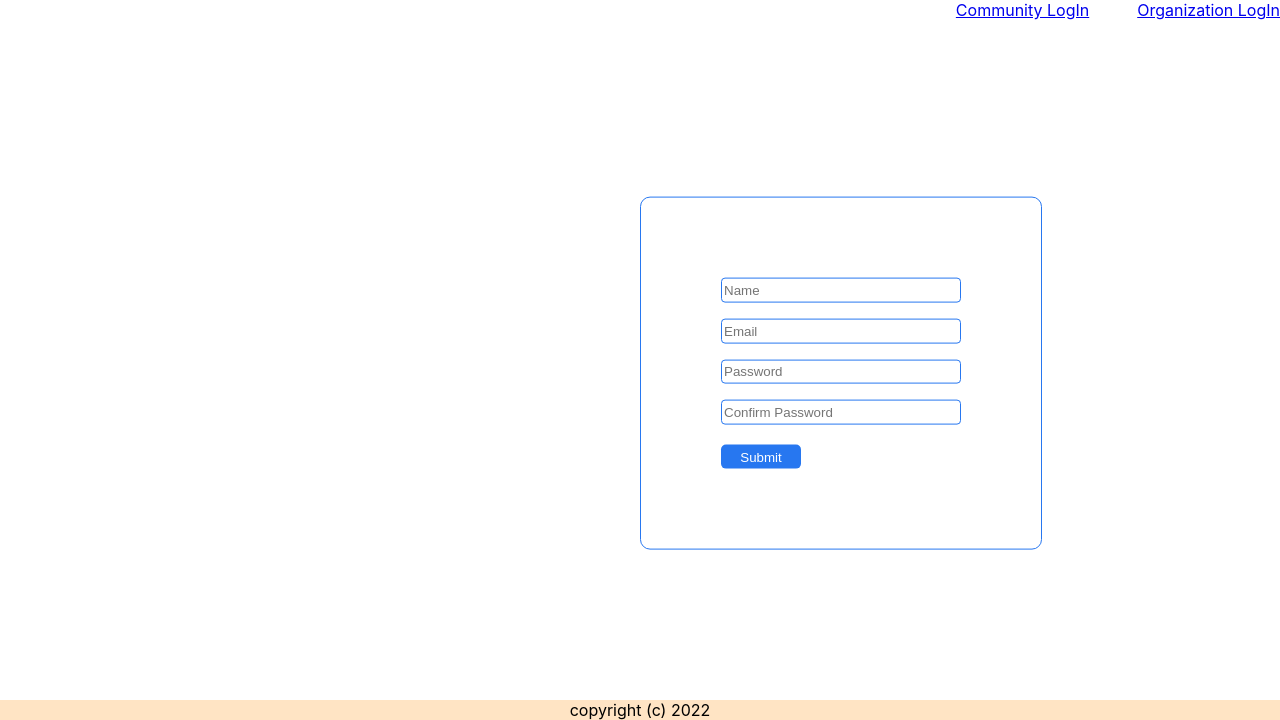
Repository: samuelp244/Ticket-Managment-System
Page: /signup (app in app/)
These files come from the project's save history. The page is drawn as it stood at one moment and after the next save; the edit follows.
The browser window is 1280 px wide. The pictures show the whole page.
The project was rebuilt for these pictures with package versions that can differ from the ones it lists, and the page was loaded fresh each time.

Above is the page before, as saved 2022-08-17 18:33:57.

### app/src/App.tsx
import React from 'react';
import { BrowserRouter as Router, Route, Routes} from "react-router-dom"
import Footer from './components/Footer';
import SignUpComm from './components/forms/SignUpComm';

import MainPage from './components/MainPage';


function App() {
  return (
    <div className="">
      {/* <Router>
        <Routes>
          <Route path="/" element={<MainPage/>}></Route>
          <Route path="/signup" element={<SignUpComm/>}></Route>
        </Routes>
      </Router> */}
      <MainPage/>
      <SignUpComm/>
      <Footer/>
    </div>
  );
}

export default App;

### app/src/components/Footer.tsx
import React from 'react'
import './footer.css'

const Footer = () => {
  return (
    <div className="footer">
      copyright (c) 2022
    </div>
  )
}

export default Footer

### app/src/components/forms/SignUpComm.tsx
import React from 'react';
import './SignUpComm.css'

const SignUpComm = () => {
  return (
    <form>
        <div className='details'>
          <input type="text" placeholder='Name' required/>
          {/* <select name="account type" id="acct-type">
              <option value="customer">Individual</option>
              <option value="root-user">Organization</option>
          </select> */}
          <input type="email" placeholder='Email' required/>
          <input type="password" placeholder='Password' required/>
          <input type="password" placeholder='Confirm Password' required/>
        </div>
        <button type="submit">Submit</button>

    </form>
  )
}

export default SignUpComm

### app/src/components/MainPage.tsx
import React from 'react'
import './MainPage.css'
const MainPage = () => {
  return (
    <div className="main-page">
      <a href="#signupC">Community LogIn</a>

      <a href="#signupO">Organization LogIn</a>
    </div>
  )
}

export default MainPage;

### app/src/components/footer.css
.footer{
    width: 100%;
    max-height: max-content;
    position: fixed;
    align-items: center;
    text-align: center;
    bottom: 0;
    background-color: bisque;
}

### app/src/components/forms/SignUpComm.css
form{
    margin:auto;
    padding: 5rem;
    border: 1px solid rgb(39, 119, 240);
    border-radius: 10px;
    width: 15rem;
    display: flex;
    flex-direction: column;

    top: 50%;
    left: 50%;
    transform: translate(50%, 50%);
}

.details{
    display: flex;
    flex-direction: column;
    row-gap: 1rem;

}

button{
    margin-top: 20px;
    width: 5rem;
    height: 1.5rem;
    border-radius: 5px;
    color: rgb(255, 255, 255);
    background-color: rgb(39, 119, 240);
    border: none;

}

input{
    border: 1px solid rgb(39, 119, 240);
    height: 1.3rem;
    border-radius: 4px;
}

### app/src/components/MainPage.css
.main-page {
    display: flex;
    flex-direction:row;
    justify-content: right;
    column-gap: 3rem;
    align-items: center;
}

Loaded but not shown: app/public/index.html (common file); app/src/index.tsx (common file); app/src/index.css (common file)

After the next save:
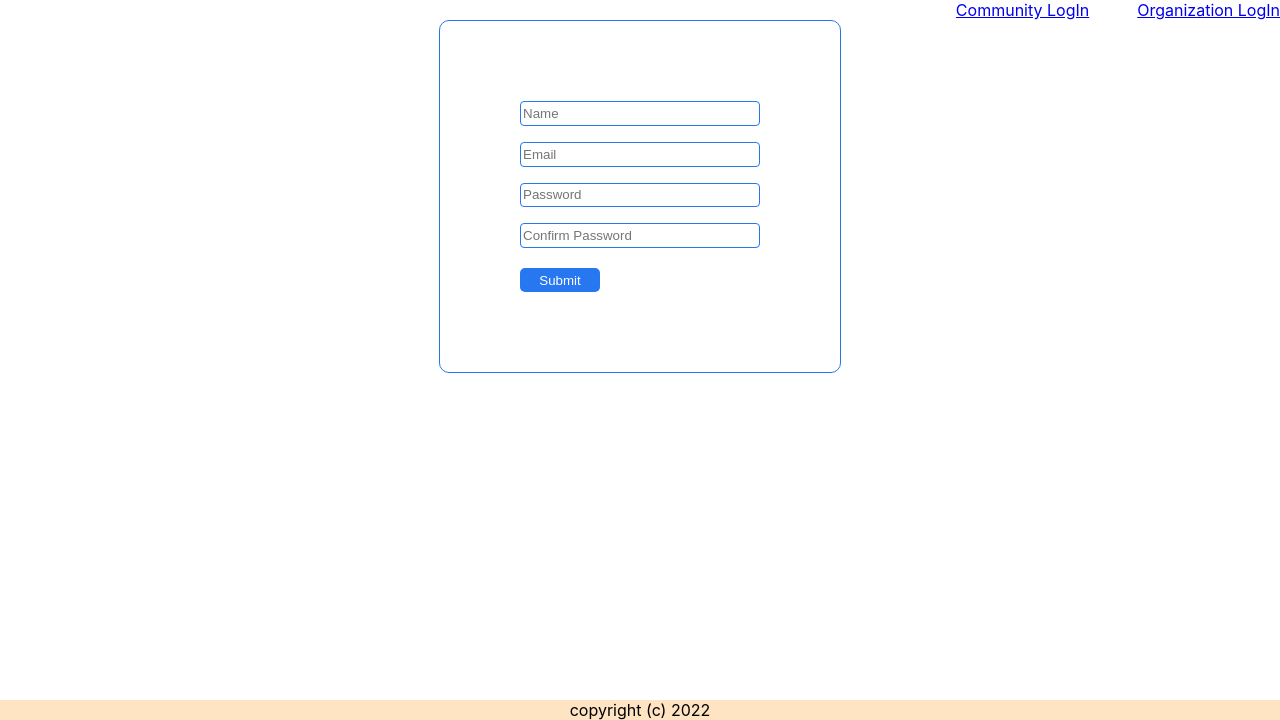
Saved 24 s later.
--- a/app/src/components/forms/SignUpComm.css
+++ b/app/src/components/forms/SignUpComm.css
@@ -7,9 +7,7 @@ form{
     display: flex;
     flex-direction: column;
 
-    top: 50%;
-    left: 50%;
-    transform: translate(50%, 50%);
+
 }
 
 .details{
